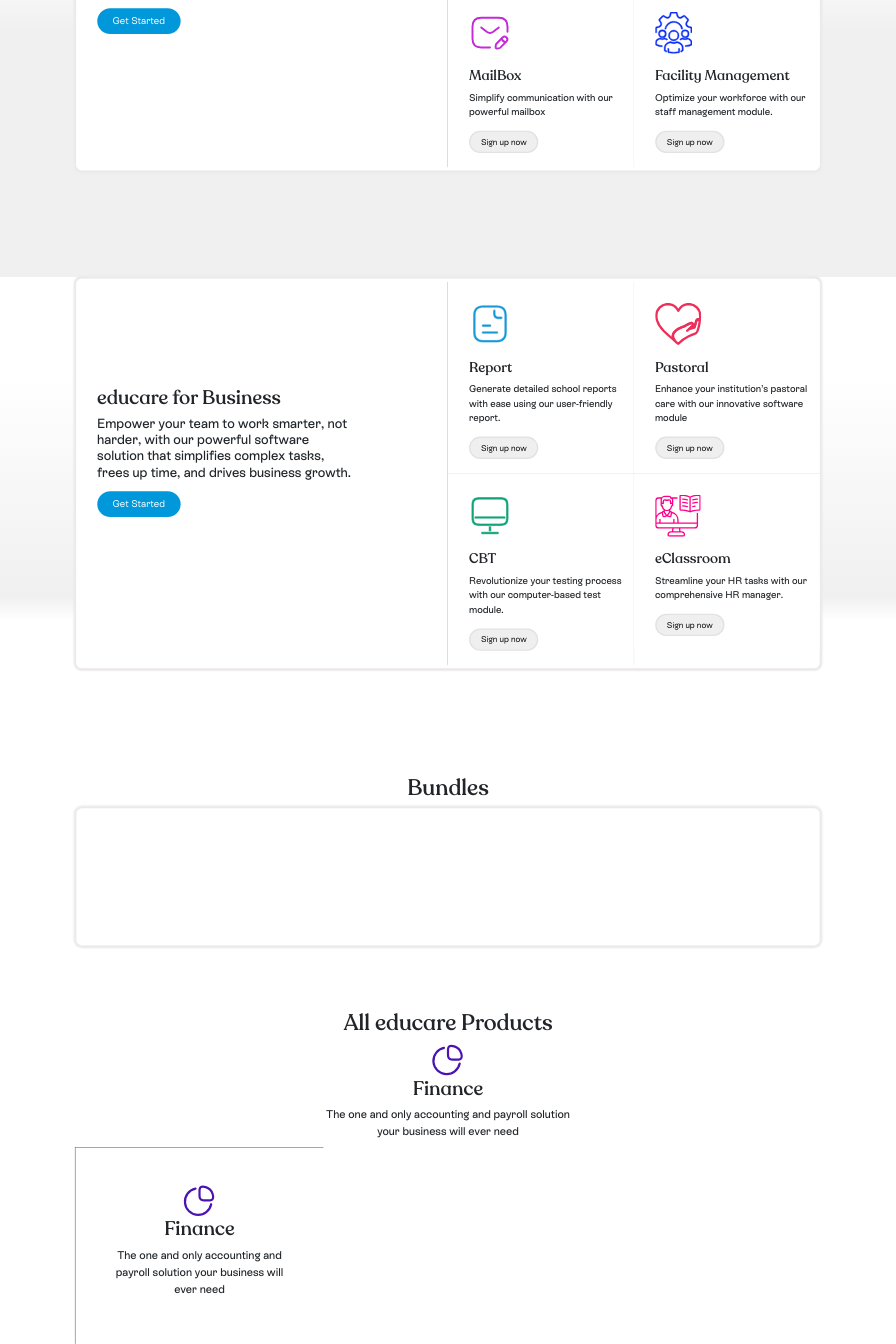
Repository: sarahnnanyelugo/educare-web
Page: /
An editor plug-in stored every save of this project. The page is shown before and after the next save, followed by the edit.
The browser window is 1280 px wide. The pictures show the part of the page from y = 1494 to 3414 px (the page is 3414 px tall), at 70% of full size.
The project was rebuilt for these pictures with package versions that can differ from the ones it lists, and the page was loaded fresh each time.

Above is the page before, as saved 2023-04-05 10:17:07.

### src/App.jsx
import React from "react";
import logo from "./logo.svg";
import "./App.scss";
import "bootstrap/dist/css/bootstrap.min.css";
import { BrowserRouter, Routes, Route, Link, Outlet } from "react-router-dom";
import NavBar from "./components/NavBar/NavBar";
import { Home } from "./pages/Home/Home";

function App() {
  return (
    <>
      {" "}
      <NavBar />
      <Routes>
        <Route path="/" element={<Home />} />
      </Routes>
    </>
  );
}

export default App;

### src/App.scss
@font-face {
  font-family: rebondG;
  src: url(./assets/fonts/Rebond_font/RebondG.otf);
}
@font-face {
  font-family: rebondG-Bold;
  src: url(./assets/fonts/Rebond_font/RebondG-Bold.otf);
}
@font-face {
  font-family: rebondG-Medium;
  src: url(./assets/fonts/Rebond_font/RebondGrotesqueMedium.otf);
}

@font-face {
  font-family: recoMedium;
  src: url(./assets/fonts/Recoleto-font/RecoletaAlt-Medium.ttf);
}

h1,
h2,
h3,
h4,
h5,
h6 {
  font-family: recoMedium;
}
p {
  font-family: rebondG-Medium;
}
@media screen and (min-width: 620px) {
  .flexy {
    display: flex;
  }
}

### src/components/NavBar/NavBar.tsx
import React from "react";
import Logo from "../../assets/images/educare-logo.png";
import { Link, NavLink } from "react-router-dom";
import "./_navbar.scss";

function NavBar() {
  return (
    <div className="navbar-container">
      <div className="logo-holder  ">
        {" "}
        <Link to={"/"}>
          {" "}
          <img className="   logo" src={Logo} alt="Scholar" />
        </Link>
      </div>
      <ul className=" list-inline list-unstyled nav-links-container">
        <li className="list-inline-item">
          <NavLink to={""} className="nav-links">
            Solutions{" "}
            <span>
              <i className="icofont-curved-down"></i>
            </span>
          </NavLink>
        </li>{" "}
        <li className="list-inline-item">
          <NavLink to={""} className="nav-links">
            Resources
          </NavLink>
        </li>{" "}
        <li className="list-inline-item">
          <NavLink to={""} className="nav-links">
            Pricing
          </NavLink>
        </li>{" "}
        <li className="list-inline-item">
          <NavLink to={""} className="nav-links">
            Support
          </NavLink>
        </li>
      </ul>
      <div className="nav-buttons">
        <button className="sign-in-button">Log in</button>
        <button className="get-started-button">Get Started</button>
      </div>
    </div>
  );
}

export default NavBar;

### src/pages/Home/Home.tsx
import React from "react";
import { RandomComponent } from "./RandomComponent/RandomComponent";
import "./_home.scss";
import RedIcon from "../../assets/images/red-dots.svg";
import BlueIcon from "../../assets/images/blue-dots.svg";
import YellowIcon from "../../assets/images/yellow-dots.svg";
import HalfCircle from "../../assets/images/half-circle.svg";
import People from "../../assets/images/people.svg";
import Mail from "../../assets/images/edit.svg";
import People2 from "../../assets/images/people2.svg";
import Pastoral from "../../assets/images/pastoral.svg";
import Chart from "../../assets/images/chart.svg";
import Screen from "../../assets/images/screen.svg";
import Classroom from "../../assets/images/read-book.svg";
import Features from "./Features/Features";
import EducareProducts from "./EducareProducts/EducareProducts";

export const Home = () => {
  return (
    <>
      <div className="col-md-12 modern-solutions-container">
        <center>
          <div className="col-md-6">
            <h1>Modern solution for your Business</h1>
            <p>
              Unlock Your Business’s Potential with Cutting-Edge Software
              Solutions Designed to Streamline Operations, Optimize Performance,
              and Drive Growth.
            </p>
            <button className="gs-button">Get started</button>
            <button className="request-button">Request for a demo</button>
          </div>
        </center>
      </div>
      <div className="col-md-12 actions-container">
        <div className="col-md-4">
          <div className="col-md-9">
            {" "}
            <RandomComponent
              title="Pick your tools"
              icon={RedIcon}
              paragraph=" Unlock Your Business Potential with Cutting-Edge Software  Solutions Designed to Streamline"
            />
          </div>
        </div>
        <div className="col-md-4">
          <div className="col-md-9">
            {" "}
            <RandomComponent
              title="work smart not hard"
              icon={YellowIcon}
              paragraph="Choose from our wide range of tools and select the ones that best fit Your business’s unique needs and goals.”"
            />
          </div>
        </div>
        <div className="col-md-4">
          <div className="col-md-9">
            {" "}
            <RandomComponent
              title="We’ve got your back"
              icon={BlueIcon}
              paragraph="You can count on our support and expertise every step of the way, so you can focus on your business’s growth and success."
            />
          </div>
        </div>
      </div>
      <div className="features-heading">
        <center>
          <h1>Featured Products</h1>
        </center>
      </div>
      <div
        className="col-md-12  flexy features-holder"
        style={{ paddingBottom: "150px" }}
      >
        <div className="col-md-1">&nbsp;</div>
        <div className="col-md-10  features-container flexy">
          <div className="col-md-6 first-container">
            <h3>educare for Business</h3>
            <p>
              Empower your team to work smarter, not harder, with our powerful
              software solution that simplifies complex tasks, frees up time,
              and drives business growth.
            </p>
            <button>Get Started</button>
          </div>
          <div className="col-md-6">
            <div className="col-md-12 flexy">
              {" "}
              <div className="col-md-6 right-features">
                <Features
                  feature="Finance"
                  detail="The one and only accounting and payroll solution your business will ever need"
                  icon={HalfCircle}
                />{" "}
              </div>{" "}
              <div className="col-md-6">
                <Features
                  feature="HR Manager"
                  detail="The one and only accounting and payroll solution your business will ever need"
                  icon={People2}
                />{" "}
              </div>
            </div>
            <div className="col-md-12 flexy second-grid">
              {" "}
              <div className="col-md-6 right-features">
                <Features
                  feature="MailBox"
                  detail="Simplify communication with our powerful mailbox"
                  icon={Mail}
                />{" "}
              </div>{" "}
              <div className="col-md-6">
                <Features
                  feature="Facility Management"
                  detail="Optimize your workforce with our staff management module."
                  icon={People}
                />{" "}
              </div>
            </div>
          </div>
        </div>
      </div>{" "}
      <div className="col-md-12  flexy features-holder2">
        <div className="col-md-1">&nbsp;</div>
        <div className="col-md-10  features-container flexy ">
          <div className="col-md-6 first-container">
            <h3>educare for Business</h3>
            <p>
              Empower your team to work smarter, not harder, with our powerful
              software solution that simplifies complex tasks, frees up time,
              and drives business growth.
            </p>
            <button>Get Started</button>
          </div>
          <div className="col-md-6">
            <div className="col-md-12 flexy">
              {" "}
              <div className="col-md-6 right-features">
                <Features
                  feature="Report"
                  detail="Generate detailed school reports with ease using our user-friendly report."
                  icon={Chart}
                />{" "}
              </div>{" "}
              <div className="col-md-6">
                <Features
                  feature="Pastoral"
                  detail="Enhance your institution’s pastoral care with our innovative software module"
                  icon={Pastoral}
                />{" "}
              </div>
            </div>
            <div className="col-md-12 flexy second-grid">
              {" "}
              <div className="col-md-6 right-features">
                <Features
                  feature="CBT"
                  detail="Revolutionize your testing process with our computer-based test module."
                  icon={Screen}
                />{" "}
              </div>{" "}
              <div className="col-md-6">
                <Features
                  feature="eClassroom"
                  detail="Streamline your HR tasks with our comprehensive HR manager."
                  icon={Classroom}
                />{" "}
              </div>
            </div>
          </div>
        </div>
      </div>
      <center className="mt">
        <h2>Bundles</h2>
      </center>
      <div className="col-md-12 bundles-container flexy">
        <div className="col-md-1">&nbsp;</div>
        <div className="col-md-10 bundles"></div>
      </div>
      <center className="mt9">
        <h2>All educare Products</h2>
      </center>
      <div className="col-md-12 flexy">
        <div className="col-md-1">&nbsp;</div>
        <div className="col-md-10  flexy products-container">
          <div className="col-md-4 first-product-column">
            <EducareProducts
              productName="Finance"
              productDetail="The one and only accounting and payroll solution your business will ever need"
              productIcon={HalfCircle}
            />
          </div>{" "}
          <div className="col-md-4 second-product-column">
            <EducareProducts
              productName="Finance"
              productDetail="The one and only accounting and payroll solution your business will ever need"
              productIcon={HalfCircle}
            />
          </div>
        </div>
      </div>
    </>
  );
};

### src/components/NavBar/_navbar.scss
@import "../../variables";
@import "../../shared-styles";

.navbar-container {
  background: inherit;
  padding: 5px 80px;
  display: flex;

  .logo-holder {
    flex-grow: 1;
  }
  .nav-links-container {
    flex-grow: 1;
    margin-top: 20px;
    .nav-links {
      margin: 20px;
      color: #6f6f71;
      text-decoration: none;
      font-family: rebondG-Bold;
    }
    li {
      padding: 3px 0px;
      border-radius: 35px;
      transition: 0.5s ease;
      &:hover {
        background: rgb(224, 222, 222) !important;

        border: solid 1px grey;
      }
    }
  }
  .nav-buttons {
    .get-started-button {
      @include get-started-button;
      margin-left: 10px;
      margin-top: 20px;
    }
    .sign-in-button {
      @include login-or-signup-button;
      margin-top: 20px;
    }
  }
}

### src/pages/Home/RandomComponent/RandomComponent.tsx
import React from "react";
import "./_random-component.scss";
export interface RandomComponentProps {
  title: string;
  paragraph: string;
  icon: string;
}
export const RandomComponent = (props: RandomComponentProps) => {
  return (
    <div className="col-md-12 random-container">
      <div className="heading">
        {" "}
        <img className="" src={props.icon} alt="Scholar" width="100%" />
        <h3>{props.title}</h3>
      </div>
      <p>{props.paragraph}</p>
    </div>
  );
};

### src/pages/Home/_home.scss
@import "../../variables";
@import "../../shared-styles";

.modern-solutions-container {
  padding-top: 80px;
  padding-bottom: 150px;
  background: rgb(240, 240, 240);
  background: linear-gradient(
    0deg,
    rgba(240, 240, 240, 1) 51%,
    rgba(255, 255, 255, 1) 67%
  );

  h1 {
    font-family: recoMedium;
  }
  p {
    font-family: rebondG-Medium;
    font-size: 20px;
    margin-top: 15px;
  }
  .gs-button {
    @include get-started-button;
  }
  .request-button {
    @include login-or-signup-button;
    margin-left: 5px;
  }
}
.actions-container {
  background: $lightblue;
  height: fit-content;
  display: flex;
  padding: 80px 100px;
}
.features-heading {
  margin-top: 170px;
  margin-bottom: 90px;
}
.features-container {
  border: solid 2px rgb(234, 232, 232);
  box-shadow: 0 0 2px 2px rgb(238, 235, 235);
  border-radius: 10px !important;
  height: fit-content;
  // margin-top: 20px;
  padding-bottom: 5px;
  padding-top: 5px;
  background: #fff;
  .first-container {
    padding-right: 130px;
    background: #fff;
    padding-left: 30px;
    border-right: solid 1px rgb(206, 205, 205);
    h3 {
      margin-top: 150px;
    }
    p {
      font-size: 19px;
      line-height: 23px;
    }
    button {
      @include get-started-button;
      margin-bottom: 120px;
    }
  }
  .second-grid {
    border-top: solid 1px rgb(231, 228, 228);
    // box-shadow: 0 0 1px 1px rgb(238, 235, 235);
  }
  .right-features {
    // box-shadow: 0 0 1px 1px rgb(238, 235, 235);
    border-right: solid 1px rgb(231, 228, 228);
  }
}
.features-holder {
  background: rgb(240, 240, 240);
  background: linear-gradient(
    0deg,
    rgba(240, 240, 240, 1) 51%,
    rgba(255, 255, 255, 1) 67%
  );
}
.features-holder2 {
  background: rgb(255, 255, 255);
  background: linear-gradient(
    0deg,
    rgba(255, 255, 255, 1) 31%,
    rgba(240, 240, 240, 1) 36%,
    rgba(255, 255, 255, 1) 80%
  );
  padding-bottom: 150px;
}
.bundles {
  border: solid 2px rgb(234, 232, 232);
  box-shadow: 0 0 2px 2px rgb(238, 235, 235);
  border-radius: 10px !important;
  height: 200px;
  // margin-top: 20px;
  padding-bottom: 5px;
  padding-top: 5px;
}
.products-container {
  .first-product-column {
    padding: 50px 40px;
    background: #ffff;
    border-top: solid 1px grey;
    border-left: solid 1px grey;
    margin-top: 150px;
  }
  .first-product-column {
    padding: 50px 40px;
    background: #ffff;
    border-top: solid 1px grey;
    border-left: solid 1px grey;
    margin-top: 150px;
  }
}

### src/pages/Home/Features/Features.tsx
import React from "react";
import "./_features.scss";
export interface featuresProps {
  feature: string;
  detail: string;
  icon: string;
}
export const Features = (props: featuresProps) => {
  return (
    <>
      <div className="col-md-12 features">
        <img className="" src={props.icon} alt="Scholar" />
        <h5>{props.feature}</h5>
        <p>{props.detail}</p>
        <button>Sign up now</button>
      </div>
    </>
  );
};

export default Features;

### src/pages/Home/EducareProducts/EducareProducts.tsx
import React from "react";
import './educare-products.scss'
export interface ProductComponentProps {
  productName: string;
  productDetail: string;
  productIcon: string;
}
export const EducareProducts = (props: ProductComponentProps) => {
  return (
    <>
      <div className="col-md-12 educare-products">
        <center>
          <img
            className=""
            src={props.productIcon}
            alt="Scholar"
            width="100%"
          />
          <h3>{props.productName}</h3>
          <p>{props.productDetail}</p>
        </center>
      </div>
    </>
  );
};

export default EducareProducts;

### src/_variables.scss
$blue: #0098da;
$lightblue: #e1f2fa;

@mixin get-started-button {
  background-color: $blue;
  color: #fff;
  border-radius: 35px;
  border: none;
  padding: 8px 22px;
  font-size: 14px;
  font-family: rebondG;
  &:hover {
    background: #005b83;
    transition: 0.5s ease;
  }
}
@mixin login-or-signup-button {
  baclground: #fff;
  color: black;
  border-radius: 20px;
  padding: 5px 15px;
  font-size: 12px;
  border: none;
  border: solid 2px rgb(230, 225, 225);
  font-family: rebondG;
  &:hover {
    background: grey;
    transition: 0.5s ease;
  }
}

### src/_shared-styles.scss
.mt1 {
  margin-top: 10px;
}
.mt2 {
  margin-top: 20px;
}
.mt3 {
  margin-top: 30px;
}
.mt4 {
  margin-top: 40px;
}
.mt5 {
  margin-top: 50px;
}
.mt6 {
  margin-top: 60px;
}
.mt7 {
  margin-top: 70px;
}
.mt8 {
  margin-top: 80px;
}
.mt9 {
  margin-top: 90px;
}

### src/pages/Home/RandomComponent/_random-component.scss
.random-container {
  img {
    width: 20px;
    // margin-right: 10px;
  }
  .heading {
    display: flex;
    h3 {
      font-family: recoMedium;
      margin-left: 10px;
    }
  }
  p {
    font-family: rebondG-Medium;
    margin-left: 30px;
    font-size: 17px;
  }
}

### src/pages/Home/Features/_features.scss
@import "../../../variables";
@import "../../../shared-styles";

.features {
  padding-left: 30px;
  height: fit-content;
  padding-bottom: 20px;
  background: #fff;
  img {
    height: 60px;
    margin-left: 0 !important;
    margin-top: 30px;
    margin-bottom: 20px;
  }
  button {
    @include login-or-signup-button;
    // margin-bottom: 50px;
  }
  p {
    font-size: 14px;
  }
}

### src/pages/Home/EducareProducts/educare-products.scss
.educare-products {
  img {
    height: 50px;
  }
}

Loaded but not shown: public/index.html (common file); src/index.tsx (common file); src/index.css (common file); src/reportWebVitals.ts (common file)

After the next save:
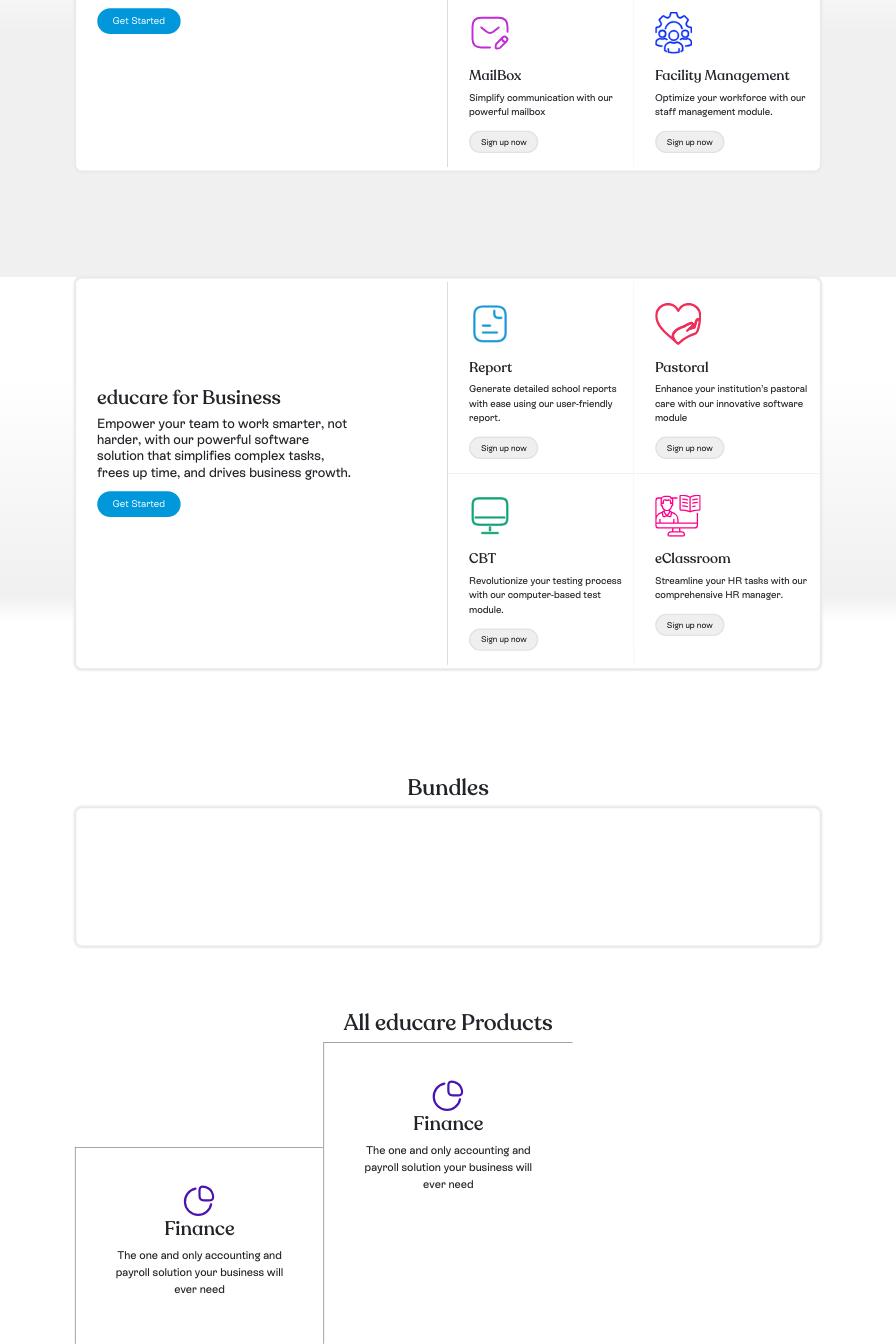
Saved 13 s later.
--- a/src/pages/Home/_home.scss
+++ b/src/pages/Home/_home.scss
@@ -107,11 +107,10 @@
     border-left: solid 1px grey;
     margin-top: 150px;
   }
-  .first-product-column {
+  .second-product-column {
     padding: 50px 40px;
     background: #ffff;
     border-top: solid 1px grey;
     border-left: solid 1px grey;
-    margin-top: 150px;
   }
 }
